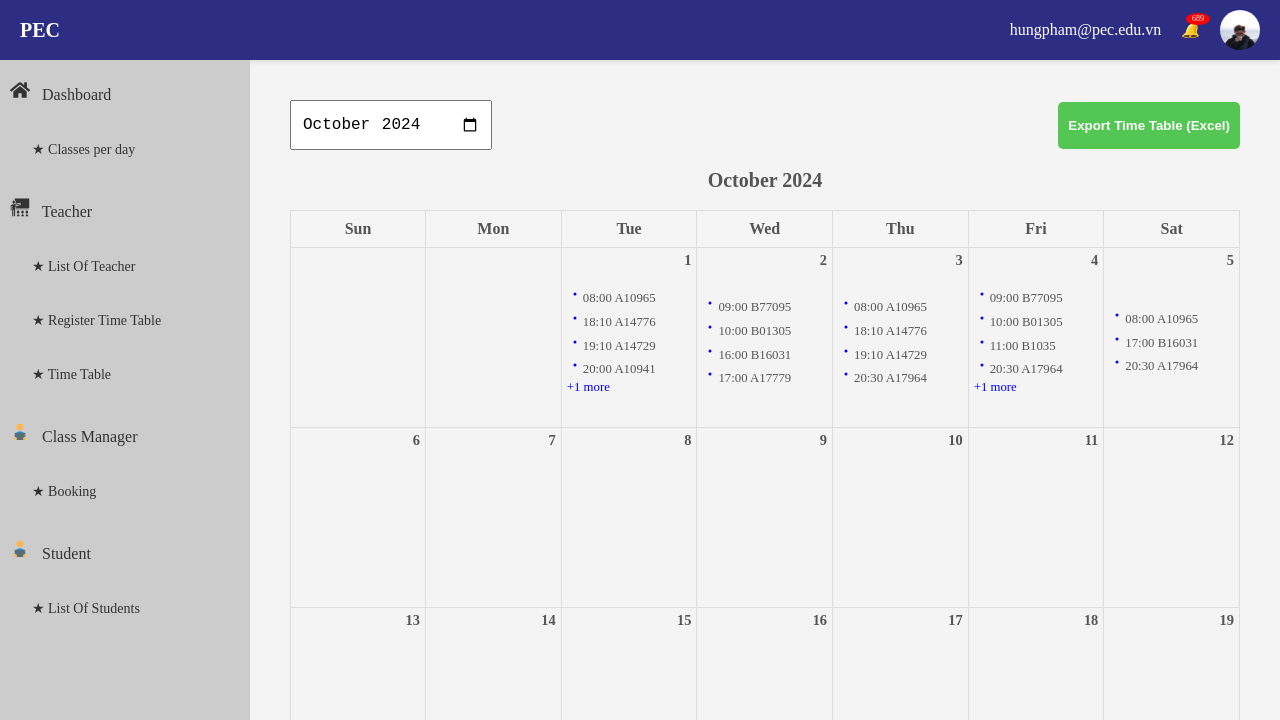
Repository: BitDanceLabels/Bumblebee_BDG
Page: /teacher-timetable
These files come from the project's save history. The page is drawn as it stood at one moment and after the next save; the edit follows.
The browser window is 1280 px wide. The pictures show the whole page.
An inner scrolling area shows only its first screen. The project was rebuilt for these pictures with package versions that can differ from the ones it lists, and the page was loaded fresh each time. Also part of the build but not shown: vite.config.js, src/components/Dashboard/ScheduleComponent.jsx, src/components/Management/Booking.jsx, src/components/modal/CreateStudentModal.jsx, src/components/Student/ListOfStudent.jsx, src/components/modal/CreateTeacherModal.jsx, src/components/Teacher/TeacherTable.jsx, src/components/Teacher/ListOfTeacher.jsx and 9 more. Imported but missing from the stored project, and not drawn on this page: src/components/modal/DeactiveStudentModal.

Above is the page before, as saved 2024-10-07 09:31:55.

After the next save:
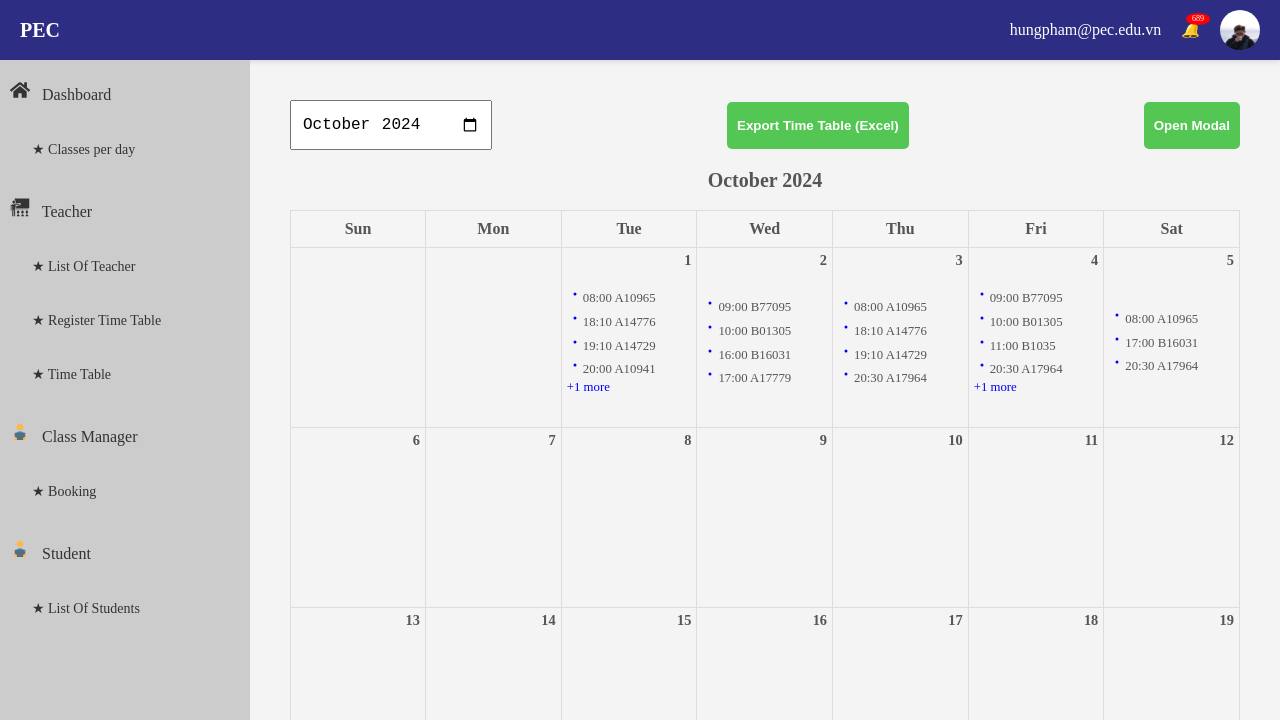
Saved 7 min 14 s later.
--- a/src/components/Teacher/TeacherTimeTable.jsx
+++ b/src/components/Teacher/TeacherTimeTable.jsx
@@ -108,9 +108,58 @@ const CloseButton = styled.button`
   }
 `
 
+const FullModalOverlay = styled.div`
+  position: fixed;
+  top: 0;
+  left: 0;
+  width: 100vw;
+  height: 100vh;
+  background-color: rgba(0, 0, 0, 0.5);
+  display: ${({ show }) => (show ? 'block' : 'none')};
+`
+
+const FullModal = styled.div`
+  position: fixed;
+  top: 50%;
+  left: 50%;
+  transform: translate(-50%, -50%);
+  background-color: white;
+  padding: 30px;
+  border-radius: 10px;
+  width: 400px;
+  box-shadow: 0 0 15px rgba(0, 0, 0, 0.2);
+  z-index: 999;
+`
+
+const ModalContent = styled.div`
+  display: flex;
+  flex-direction: column;
+`
+
+const SelectClass = styled.select`
+  padding: 10px;
+  margin-bottom: 20px;
+  font-size: 16px;
+`
+
+const TextArea = styled.textarea`
+  padding: 10px;
+  font-size: 16px;
+  resize: none;
+  height: 100px;
+  margin-bottom: 20px;
+`
+
+const ModalButtonWrapper = styled.div`
+  display: flex;
+  justify-content: flex-end;
+  gap: 10px;
+`
+
 const TeacherTimeTable = () => {
   const [selectedDate, setSelectedDate] = useState(new Date())
   const [isModalOpen, setIsModalOpen] = useState(false)
+  const [isFullModalOpen, setIsFullModalOpen] = useState(false) // Modal trạng thái mới
   const [currentEvents, setCurrentEvents] = useState([])
   const [modalPosition, setModalPosition] = useState({ top: 0, left: 0 })
   const cellRef = useRef(null)
@@ -161,6 +210,14 @@ const TeacherTimeTable = () => {
   const closeModal = () => {
     setIsModalOpen(false)
     setCurrentEvents([])
+  }
+
+  const openFullModal = () => {
+    setIsFullModalOpen(true)
+  }
+
+  const closeFullModal = () => {
+    setIsFullModalOpen(false)
   }
 
   const generateCalendar = () => {
@@ -227,8 +284,8 @@ const TeacherTimeTable = () => {
             onChange={handleMonthChange}
           />
         </div>
-
         <Button>Export Time Table (Excel)</Button>
+        <Button onClick={openFullModal}>Open Modal</Button> {/* Nút mở modal */}
       </Header>
       <Month>
         {selectedDate.toLocaleString('default', { month: 'long' })}{' '}
@@ -245,6 +302,7 @@ const TeacherTimeTable = () => {
         <tbody>{generateCalendar()}</tbody>
       </CalendarTable>
 
+      {/* Mini modal */}
       {isModalOpen && (
         <MiniModal position={modalPosition}>
           {currentEvents.map((event, index) => (
@@ -256,6 +314,26 @@ const TeacherTimeTable = () => {
           <CloseButton onClick={closeModal}>Close</CloseButton>
         </MiniModal>
       )}
+
+      {/* Full screen modal */}
+      <FullModalOverlay show={isFullModalOpen}>
+        <FullModal>
+          <ModalContent>
+            <SelectClass>
+              <option value="class1">Class 1</option>
+              <option value="class2">Class 2</option>
+              <option value="class3">Class 3</option>
+            </SelectClass>
+
+            <TextArea placeholder="Enter your reason" />
+
+            <ModalButtonWrapper>
+              <Button onClick={closeFullModal}>Cancel</Button>
+              <Button>Submit</Button>
+            </ModalButtonWrapper>
+          </ModalContent>
+        </FullModal>
+      </FullModalOverlay>
     </Container>
   )
 }
